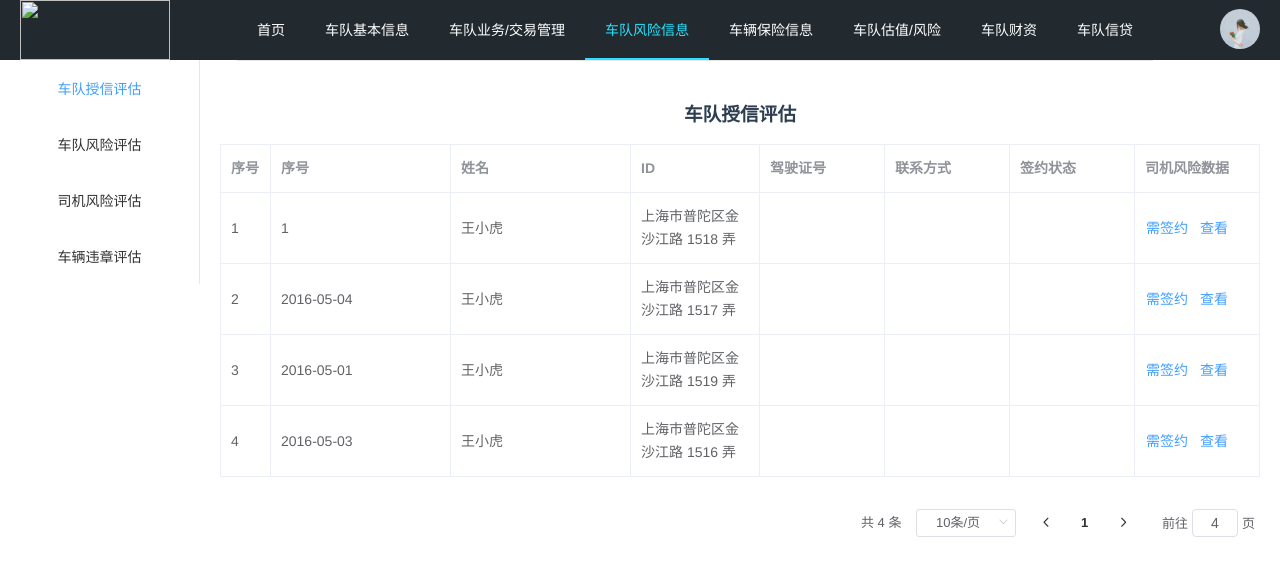
Repository: TheWomanLiketheWind/woodpecker
Page: /
These files come from the project's save history. The page is drawn as it stood at one moment and after the next save; the edit follows.
The browser window is 1280 px wide. The pictures show the whole page.
The project was rebuilt for these pictures with package versions that can differ from the ones it lists, and the page was loaded fresh each time. Also part of the build but not shown: src/views/menuThird.vue.

Above is the page before, as saved 2019-07-25 20:58:48.

### public/index.html
<!DOCTYPE html>
<html lang="en">
  <head>
    <meta charset="utf-8">
    <meta http-equiv="X-UA-Compatible" content="IE=edge">
    <meta name="viewport" content="width=device-width,initial-scale=1.0">
    <link rel="icon" href="<%= BASE_URL %>favicon.ico">
    <title>woodpecker</title>
  </head>
  <body>
    <noscript>
      <strong>We're sorry but woodpecker doesn't work properly without JavaScript enabled. Please enable it to continue.</strong>
    </noscript>
    <div id="app"></div>
    <!-- built files will be auto injected -->
  </body>
</html>

### src/App.vue
<template>
  <div id="app">
    <router-view />
  </div>
</template>

<style lang="scss">
#app {
  font-family: "Avenir", Helvetica, Arial, sans-serif;
  -webkit-font-smoothing: antialiased;
  -moz-osx-font-smoothing: grayscale;
  text-align: center;
  color: #2c3e50;
  .el-header {
    display: flex;
    justify-content: space-between;
    align-items: center;
  }
}
#nav {
  padding: 30px;
  a {
    font-weight: bold;
    color: #2c3e50;
    &.router-link-exact-active {
      color: #42b983;
    }
  }
}
body {
  margin: 0;
}
</style>

### src/router.ts
import Vue from 'vue'
import Router from 'vue-router'
import Home from './views/Home.vue'
Vue.use(Router)

export default new Router({
  mode: 'history',
  base: process.env.BASE_URL,
  routes: [
    {
      path: '/',
      name: 'home',
      component: Home,
      children: [
        {
          path: '/',
          name: 'menuSecond',
          children: [
            {
              path: '/',
              name: 'menuThird',
              component: () =>
                import(/* webpackChunkName: "about" */ './views/menuThird.vue')
            }
          ],
          component: () =>
            import(/* webpackChunkName: "about" */ './views/menuSecond.vue')
        }
      ]
    }
  ]
})

### src/views/Home.vue
<template>
  <el-container>
    <el-header class="headerAll">
      <img src=""
           class="headImage">
      <el-menu :default-active="activeIndex"
               class="el-menu-demo"
               mode="horizontal"
               background-color="#222a30"
               text-color="#fff"
               active-text-color="#29e2fe"
               @select="handleSelect">
        <el-menu-item v-for="(item, index) in menuList"
                      :key="index"
                      :index="item.index"
                      v-on:listenToChildEvent="menuClick">{{item.name}}</el-menu-item>
      </el-menu>

      <el-dropdown>
        <img src="../assets/headImage.jpg"
             class="drophead" />
        <el-dropdown-menu slot="dropdown">
          <el-dropdown-item>个人信息</el-dropdown-item>
          <el-dropdown-item>退出</el-dropdown-item>
        </el-dropdown-menu>
      </el-dropdown>
    </el-header>
    <!-- <router-link to="/menuSecond">点击跳转</router-link> -->
    <router-view />
  </el-container>
</template>

<script lang="ts">
import { Component, Vue } from "vue-property-decorator";

@Component({
  components: {}
})
export default class Home extends Vue {
  data() {
    return {
      activeIndex: "4",
      menuList: [
        {
          name: "首页",
          index: "1",
          link: ""
        },
        {
          name: "车队基本信息",
          index: "2",
          link: ""
        },
        {
          name: "车队业务/交易管理",
          index: "3",
          link: ""
        },
        {
          name: "车队风险信息",
          index: "4",
          link: ""
        },
        {
          name: "车辆保险信息",
          index: "5",
          link: ""
        },
        {
          name: "车队估值/风险",
          index: "6",
          link: ""
        },
        {
          name: "车队财资",
          index: "7",
          link: ""
        },
        {
          name: "车队信贷",
          index: "8",
          link: ""
        }
      ]
    };
  }

  private handleSelect(key: any, keyPath: any) {
    console.log(key, keyPath);
  }

  menuClick(data: any) {
    this.$router.push(data);
  }
}
</script>

<style lang="scss">
.headerAll {
  background: #222a30;
  .headImage {
    width: 150px;
    height: 100%;
    border: 0;
  }
  .drophead {
    width: 40px;
    height: 40px;
    border-radius: 50%;
  }
}
</style>

### src/views/menuSecond.vue
<template>
  <el-container>

    <el-aside width="200px">
      <el-menu :default-active="defaultActive"
               class="el-menu-vertical-demo"
               @select="handleSelect">
        <el-menu-item v-for="(item, index) in filesList.navigeList"
                      :key="index"
                      :index="item.index">
          <span slot="title">{{item.name}}</span>
        </el-menu-item>
      </el-menu>
    </el-aside>
    <el-main>
      <h3>{{filesList.navigeList[this.selectIndex].name}}</h3>
      <el-table :data="tableData"
                border
                style="width: 100%">
        <el-table-column type="index"
                         label="序号"
                         width="50">
        </el-table-column>
        <el-table-column prop="date"
                         label="序号"
                         width="180" />
        <el-table-column prop="name"
                         label="姓名"
                         width="180" />
        <el-table-column prop="address"
                         label="ID" />
        <el-table-column prop="driveID"
                         label="驾驶证号" />
        <el-table-column prop="tel"
                         label="联系方式" />
        <el-table-column prop="signType"
                         label="签约状态" />
        <el-table-column label="司机风险数据">
          <template>
            <el-button type="text">需签约</el-button>
            <el-button type="text">查看</el-button>
          </template>
        </el-table-column>
      </el-table>
      <el-pagination @size-change="handleSizeChange"
                     @current-change="handleCurrentChange"
                     :current-page="currentPage4"
                     :page-sizes="[10, 20, 50, 100]"
                     :page-size="10"
                     layout="total, sizes, prev, pager, next, jumper"
                     :total="tableData.length">
      </el-pagination>
    </el-main>
  </el-container>

</template>

<script lang="ts">
import Vue from "vue";
import files from "../jsonFile";

export default Vue.extend({
  data() {
    return {
      filesList: files,
      selectIndex: 0,
      defaultActive: "1",
      currentPage4: 4,
      tableData: [
        {
          date: "1",
          name: "王小虎",
          address: "上海市普陀区金沙江路 1518 弄"
        },
        {
          date: "2016-05-04",
          name: "王小虎",
          address: "上海市普陀区金沙江路 1517 弄"
        },
        {
          date: "2016-05-01",
          name: "王小虎",
          address: "上海市普陀区金沙江路 1519 弄"
        },
        {
          date: "2016-05-03",
          name: "王小虎",
          address: "上海市普陀区金沙江路 1516 弄"
        }
      ]
    };
  },
  methods: {
    handleSelect(key: String) {
      this.selectIndex = Number(key) - 1;
    },
    handleSizeChange(val: Number) {
      console.log(`每页 ${val} 条`);
    },
    handleCurrentChange(val: Number) {
      console.log(`当前页: ${val}`);
    }
  }
});
</script>


<style lang="scss">
.el-pagination {
  margin-top: 30px;
  float: right;
}
</style>

### src/jsonFile.ts
const fileObject = {
  navigeList: [
    {
      name: '车队授信评估',
      index: '1'
    },
    {
      name: '车队风险评估',
      index: '2'
    },
    {
      name: '司机风险评估',
      index: '3'
    },
    {
      name: '车辆违章评估',
      index: '4'
    }
  ]
}

export default fileObject

Loaded but not shown: src/main.ts (common file); src/store.ts (common file)

After the next save:
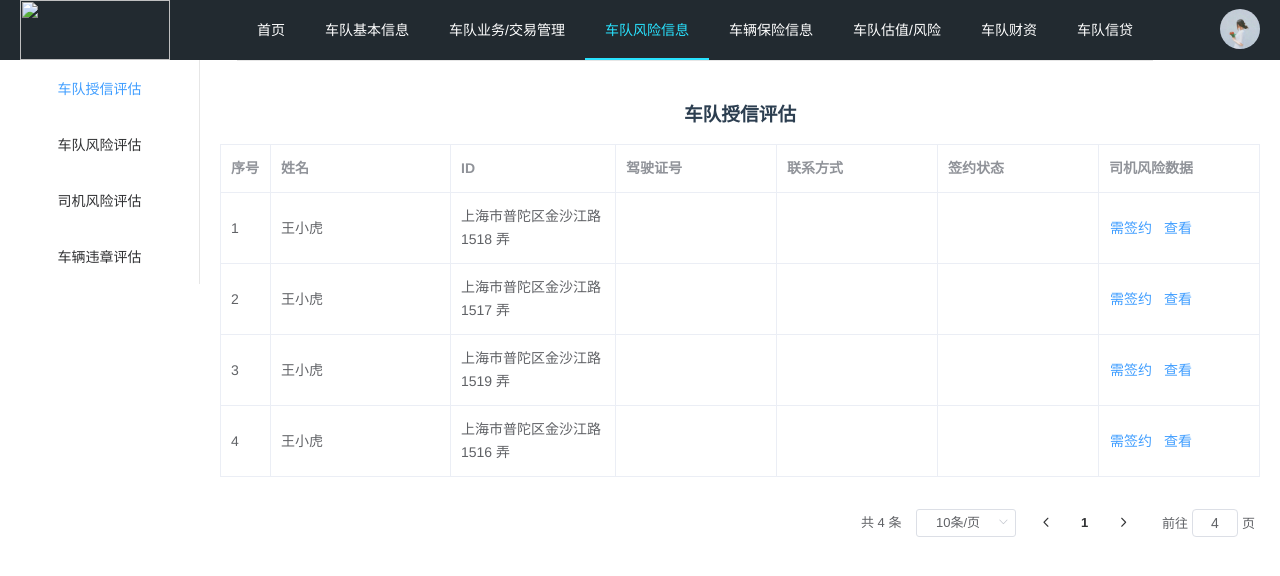
Saved 9 s later.
--- a/src/views/menuSecond.vue
+++ b/src/views/menuSecond.vue
@@ -21,9 +21,6 @@
                          label="序号"
                          width="50">
         </el-table-column>
-        <el-table-column prop="date"
-                         label="序号"
-                         width="180" />
         <el-table-column prop="name"
                          label="姓名"
                          width="180" />
